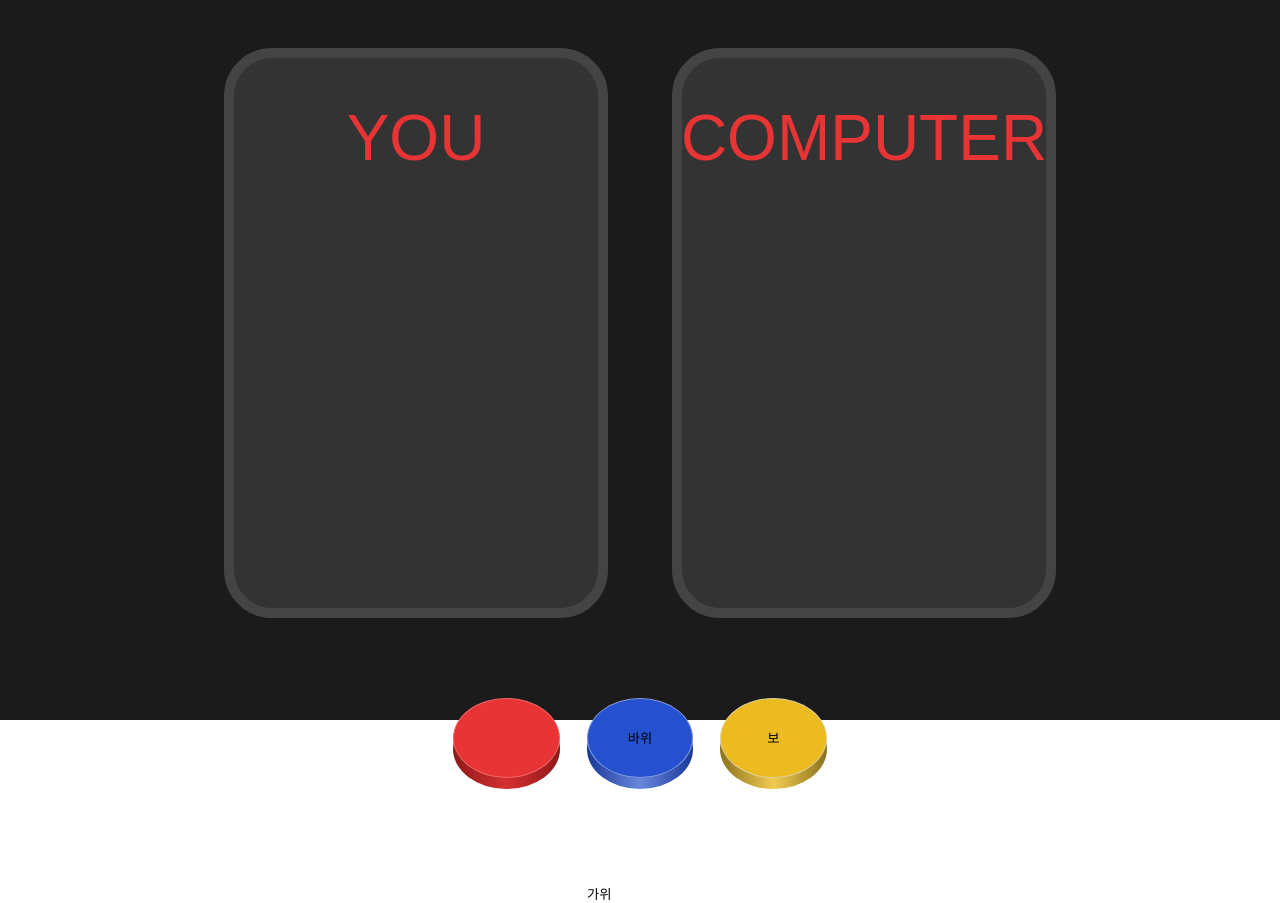
Repository: KIMMIHYE12/classComponent
Page: /
These files come from the project's save history. The page is drawn as it stood at one moment and after the next save; the edit follows.
The browser window is 1280 px wide. The pictures show the whole page.
Some web fonts or font styles are not loaded; a fallback is used. The project was rebuilt for these pictures with package versions that can differ from the ones it lists, and the page was loaded fresh each time.

Above is the page before, as saved 2024-03-20 00:16:16.

After the next save:
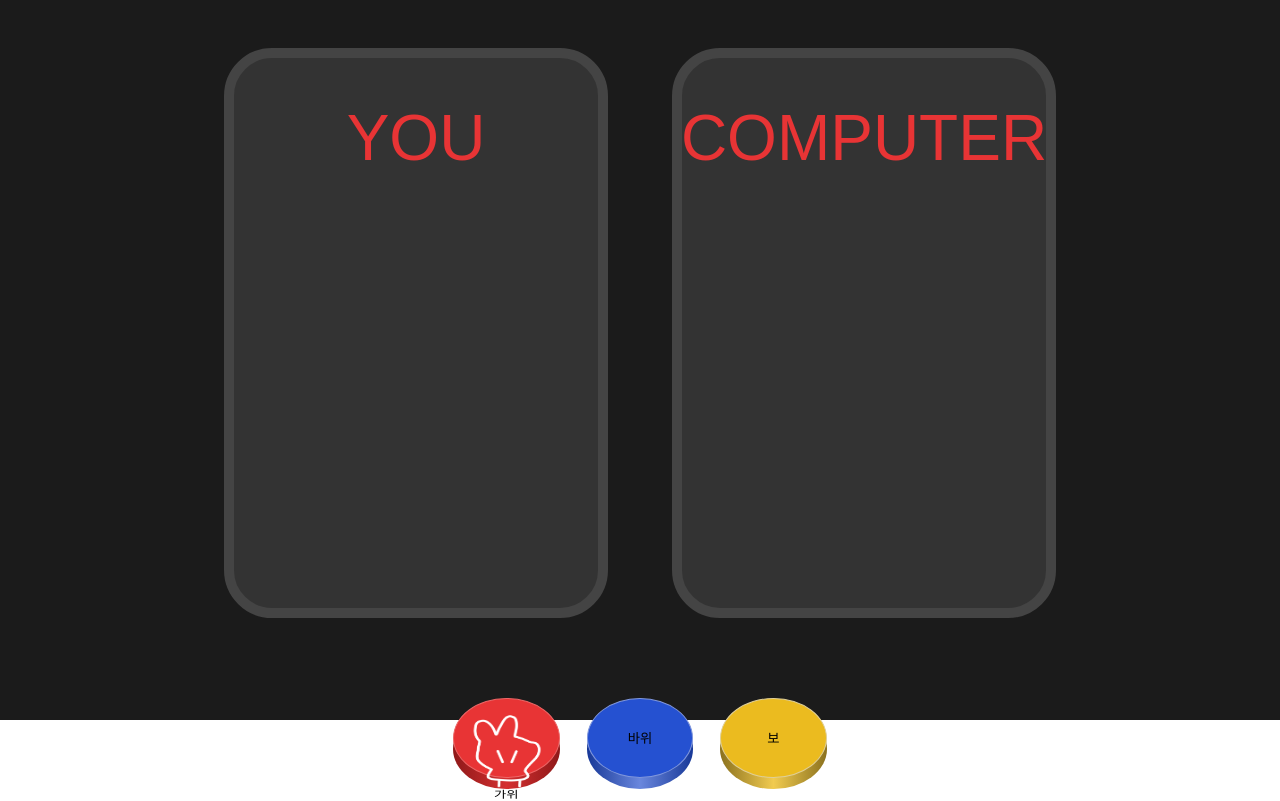
Saved 9 s later.
--- a/src/App.css
+++ b/src/App.css
@@ -155,5 +155,5 @@ img {
 .btn_items {
   display: flex;
   flex-direction: column;
-  transform: translate(100%, 75%);
+  transform: scale(100%, 75%);
 }
